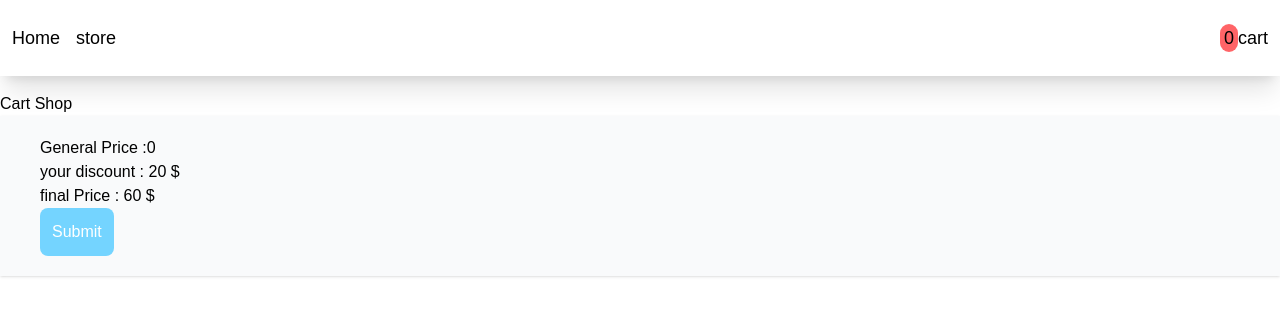
Repository: Rohullah-Noori/Nextjs-online-shop
Page: /cart
An editor plug-in stored every save of this project. The page is shown before and after the next save, followed by the edit.
The browser window is 1280 px wide. The pictures show the whole page.
The project was rebuilt for these pictures with package versions that can differ from the ones it lists, and the page was loaded fresh each time. The framework's server and built-in components were replaced by stand-ins that run in the browser. Requests to the local data server were answered from the project's data file. Also part of the build but not shown: next.config.ts, src/app/components/AddToCart.tsx, src/app/components/CartItem.tsx.

Above is the page before, as saved 2025-05-13 16:32:03.

### src/app/cart/page.tsx
"use client";

import React, { useEffect, useState } from "react";
import Container from "../components/Container";
import CartItem from "../components/CartItem";
import { useShopingContextCustim } from "../context/page";
import axios from "axios";
import { IProductsProps } from "../components/Products";
import { formatNumber } from "@/utils/number";

export default function Cart() {
  const { cart } = useShopingContextCustim();

  const [data, setData] = useState<IProductsProps[]>([]);

  useEffect(() => {
    axios(`http://localhost:3004/products`).then((res) => {
      const { data } = res;
      setData(data);
    });
  }, []);

  console.log(data);

  return (
    <Container>
      <h1>Cart Shop</h1>
      {cart.map((item) => (
        <CartItem key={item.id} {...item} />
      ))}

      <div className="shadow bg-gray-50 gap-y-3 px-10 py-5 ">
        <p>
          General Price :
          <span>
            {formatNumber(
              cart.reduce((total, item) => {
                const selectedproduct = data.find(
                  (product) => product.id == item.id.toString()
                );
                return total + (selectedproduct?.price ?? 0) * item.qty;
              }, 0)
            )}
          </span>
        </p>
        <p>
          your discount : <span>20 $</span>{" "}
        </p>
        <p>
          final Price : <span>60 $</span>
        </p>
        <div className=" flex justify-start gap-x-3">
          <button className=" p-3 rounded-lg bg-sky-300 text-white">
            Submit
          </button>
          {/* <input
            type="text"
            value={"please enter your discount code"}
            className="w-[300px] bg-sky-50 rounded-lg px-3 text-gray-400"
          /> */}
        </div>
      </div>
    </Container>
  );
}

### src/app/components/Layout.tsx
import React from "react";
import Navbar from "./Navbar";

interface IlayoutProps {
  children: React.ReactNode;
}

export default function Layout({ children }: IlayoutProps) {
  return (
    <div>
      <Navbar />
      {children}
    </div>
  );
}

### src/app/context/page.tsx
"use client";
import React, { createContext, useContext, useState } from "react";

type IshopContextProps = {
  children: React.ReactNode;
};

type cartItems = {
  id: number;
  qty: number;
};

type TshopingContext = {
  cart: cartItems[];
  HandleincreasetoCard: (id: number) => void;
  getProductqty: (id: number) => number;
  totalitemsqty: number;
  handledecreasetoCard: (id: number) => void;
  RemovehandleSubmit: (id: number) => void;
};

const shopingContext = createContext({} as TshopingContext);

export const useShopingContextCustim = () => {
  return useContext(shopingContext);
};

export default function ConextShop({ children }: IshopContextProps) {
  const [cart, setCart] = useState<cartItems[]>([]);

  const getProductqty = (id: number) => {
    return cart.find((item) => item.id == id)?.qty ?? 0;
  };

  const totalitemsqty = cart.reduce((totalgqty, item) => {
    return totalgqty + item.qty;
  }, 0);

  const HandleincreasetoCard = (id: number) => {
    setCart((prev) => {
      const isnotExist = prev.find((item) => item.id === id) == null;
      if (isnotExist) {
        return [...prev, { id: id, qty: 1 }];
      } else {
        return prev.map((item) => {
          if (item.id == id) {
            return { ...item, qty: item.qty + 1 };
          } else {
            return item;
          }
        });
      }
    });
  };

  const handledecreasetoCard = (id: number) => {
    setCart((prev) => {
      const islastOne = prev.find((item) => item.id == id)?.qty == 1;
      if (islastOne) {
        return prev.filter((item) => item.id != id);
      } else {
        return prev.map((item) => {
          if (item.id == id) {
            return {
              ...item,
              qty: item.qty - 1,
            };
          } else {
            return item;
          }
        });
      }
    });
  };

  const RemovehandleSubmit = (id: number) => {
    setCart((prev) => {
      return prev.filter((item) => item.id != id);
    });
  };

  return (
    <shopingContext.Provider
      value={{
        cart,
        HandleincreasetoCard,
        getProductqty,
        totalitemsqty,
        handledecreasetoCard,
        RemovehandleSubmit,
      }}
    >
      {children}
    </shopingContext.Provider>
  );
}

### src/app/components/Container.tsx
import React from "react";
interface IContainerProps {
  children: React.ReactNode;
}

export default function Container({ children }: IContainerProps) {
  return <div className="container mx-auto">{children}</div>;
}

### src/utils/number.tsx
export function formatNumber(num: number) {
  return num.toString().replace(/\B(?=(\d{3})+(?!\d))/g, ",");
}

### src/app/components/Navbar.tsx
"use client";
import Link from "next/link";
import { usePathname } from "next/navigation";

import React from "react";
import Container from "./Container";
import { useShopingContextCustim } from "../context/page";

export default function Navbar() {
  const { totalitemsqty } = useShopingContextCustim();
  const pathname = usePathname();
  const navlinks = [
    {
      title: "Home",
      href: "/",
    },
    {
      title: "store",
      href: "/store",
    },
  ];

  return (
    <nav className="  flex p-3 mb-4 text-lg  shadow-xl  ">
      <Container>
        <div className="flex justify-between my-3 ">
          <div>
            {navlinks.map((item) => (
              <Link
                key={item.href}
                className={`mr-4 ${
                  pathname === item.href ? "text-sky-400" : ""
                }`}
                href={item.href}
              >
                {item.title}
              </Link>
            ))}
          </div>
          <div>
            <span className="bg-red-400 rounded-4xl p-1">{totalitemsqty}</span>
            <Link href="/cart">cart</Link>
          </div>
        </div>
      </Container>
    </nav>
  );
}

### database/db.json
{
  "products": [
    {
      "id": "1",
      "title": " Product 1",
      "price": 30,
      "description": "Kitchen sinks are essential for washing dishes, vegetables, and hands.\nKitchen lamps provide focused lighting for cooking and food preparation.\nCabinets store utensils, cookware, and pantry items in an organized way.\nCountertops offer space for chopping, mixing, and serving meals.\nStoves and ovens are central for cooking a variety of dishes.\nRefrigerators keep food fresh and beverages cold.\nThese materials make the kitchen functional, efficient, and enjoyable to use.",
      "image": "https://m.media-amazon.com/images/I/71r1BLOWnkL._AC_UF894,1000_QL80_.jpg"
    },
    {
      "id": "2",
      "title": " Product 2",
      "price": 10,
      "description": "Household cleaners like glass and ceramic cleaners help keep surfaces shiny and free from stains.\nThey remove dirt, grease, and bacteria, making the home healthier.\nGlass cleaners leave mirrors and windows streak-free and crystal clear.\nCeramic cleaners restore the shine of tiles and prevent mold growth.\nRegular use of these products extends the life of surfaces.\nThey also reduce unpleasant odors and leave a fresh scent.\nUsing the right cleaner makes cleaning faster and more effective.",
      "image": "https://media.istockphoto.com/id/510693044/photo/house-cleaning-product-on-wood-table.jpg?s=612x612&w=0&k=20&c=EZfeRCDgSMPnqG684zQBOqyNfDGx9JWTXS1Q2Lhrjy4="
    },
    {
      "id": "3",
      "title": " Product 3",
      "price": 20,

      "description": "Household cleaning tools like toothbrushes and bathroom brushes help maintain personal and home hygiene.\nToilet brushes are essential for keeping toilets clean and germ-free.\nShampoo is not only for hair but can also be used for gentle surface cleaning.\nCeramic cleaners remove stains and keep tiles shiny and fresh.\nKitchen floor cleaners remove grease and food residue for a safer cooking space.\nYard floor cleaners help",

      "image": "https://t3.ftcdn.net/jpg/01/91/32/34/360_F_191323402_W2ATUPr8dGHALHrvyX4WVlEDz4qXmmd9.jpg"
    },
    {
      "id": "4",
      "title": " Product 4",
      "price": 100,
      "description": "Bedroom essentials like pillows and beds provide comfort and support for restful sleep.\nSoft blankets and bed sheets add warmth and relaxation.\nCurtains help control light and add privacy to your room.\nClosets and drawers keep clothes and accessories organized.\nNightstands are useful for holding lamps, books, or phones.\nCarpets add a cozy feeling and reduce noise in the room.\nThese home materials make the bedroom more comfortable and functional.",
      "image": "https://a-static.besthdwallpaper.com/colorful-cartoon-design-with-open-door-and-household-items-wallpaper-1152x768-102826_36.jpg"
    },
    {
      "id": "5",
      "title": " Product 5",
      "price": 80,
      "description": "Chairs provide comfortable seating and come in various styles for different rooms.\nLamps add both light and ambiance, making spaces feel warm and inviting.\nWall art and paintings bring personality and color to your home.\nShelves and stands help organize books, plants, and decorative items.\nRugs define areas and add texture to floors.\nMirrors enhance light and make rooms appear more spacious.\nDecorations reflect your style and turn a house into a home.",
      "image": "https://plus.unsplash.com/premium_photo-1683133958062-12afa652a4fb?fm=jpg&q=60&w=3000&ixlib=rb-4.0.3&ixid=M3wxMjA3fDB8MHxzZWFyY2h8OXx8aG9tZSUyMGRlY29yfGVufDB8fDB8fHww"
    },
    {
      "id": "6",
      "title": " Product 6",
      "price": 5,
      "description": "Fruits are a natural source of vitamins, minerals, and fiber. They come in a variety of colors, shapes, and flavors. Eating fruits regularly helps boost your immune system. Some common fruits include apples, bananas, oranges, and grapes. Fruits are a delicious and healthy snack for any time of day.Many fruits grow on trees, bushes, or vines depending on the type. Tropical fruits like mangoes and pineapples thrive in warm climates.",

      "image": "https://t3.ftcdn.net/jpg/06/06/15/56/360_F_606155606_rFYHJP0uKgPNdpT3NoDbucxp0h38rlWb.jpg"
    }
  ]
}

Loaded but not shown: src/app/layout.tsx (common file); src/app/globals.css (common file)

After the next save:
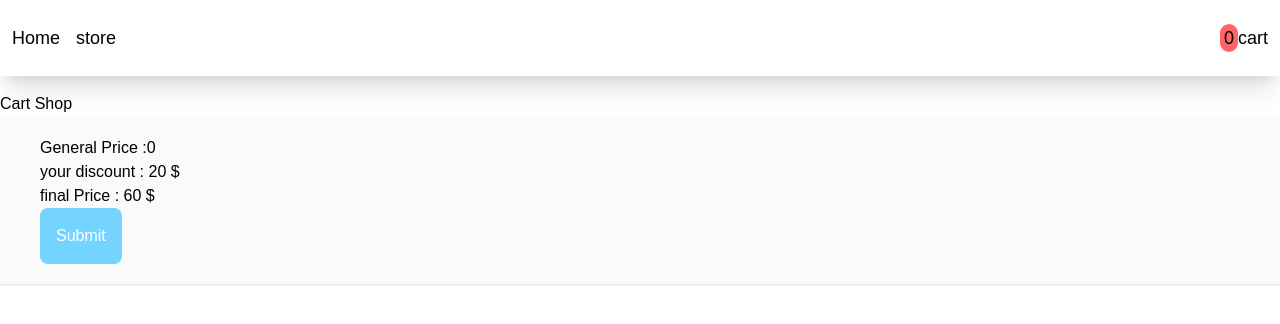
Saved 7 s later.
--- a/src/app/cart/page.tsx
+++ b/src/app/cart/page.tsx
@@ -50,7 +50,7 @@ export default function Cart() {
           final Price : <span>60 $</span>
         </p>
         <div className=" flex justify-start gap-x-3">
-          <button className=" p-3 rounded-lg bg-sky-300 text-white">
+          <button className=" p-4 rounded-lg bg-sky-300 text-white">
             Submit
           </button>
           {/* <input
